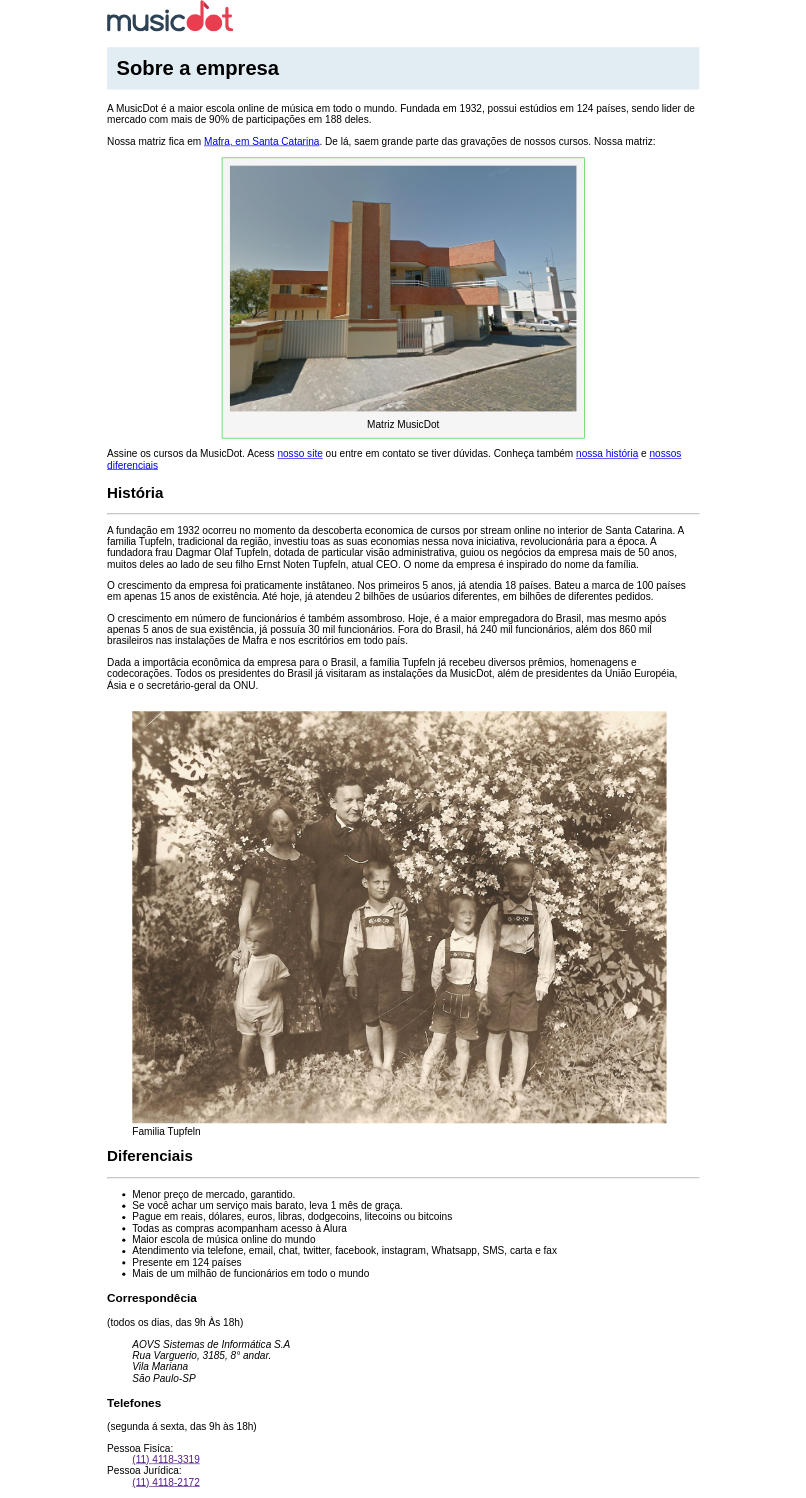
Repository: EmanuelUrbano/introducao_a_tecnologias
Page: 05_04_22/trabalho/projeto-musicdot/sobre.html
An editor plug-in stored every save of this project. The page is shown before and after the next save, followed by the edit.
The browser window is 1280 px wide. The pictures show the whole page, at 63% of full size.

Above is the page before, as saved 2022-05-23 17:30:42.

After the next save:
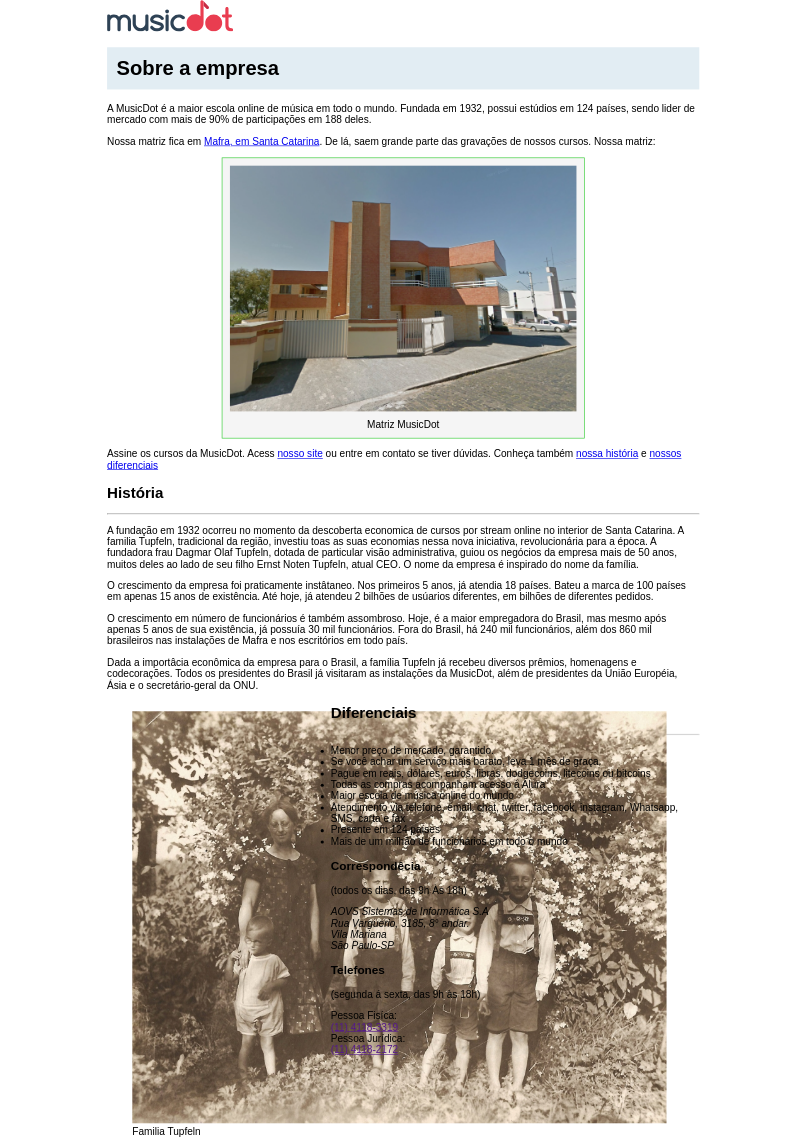
Saved 50 s later.
--- a/05_04_22/trabalho/projeto-musicdot/sobre.css
+++ b/05_04_22/trabalho/projeto-musicdot/sobre.css
@@ -30,4 +30,5 @@
 
 figure:has(img[alt="familia-tupfeln"]){
     float: left;
+    max-width: 275px;
 }

After the save that followed:
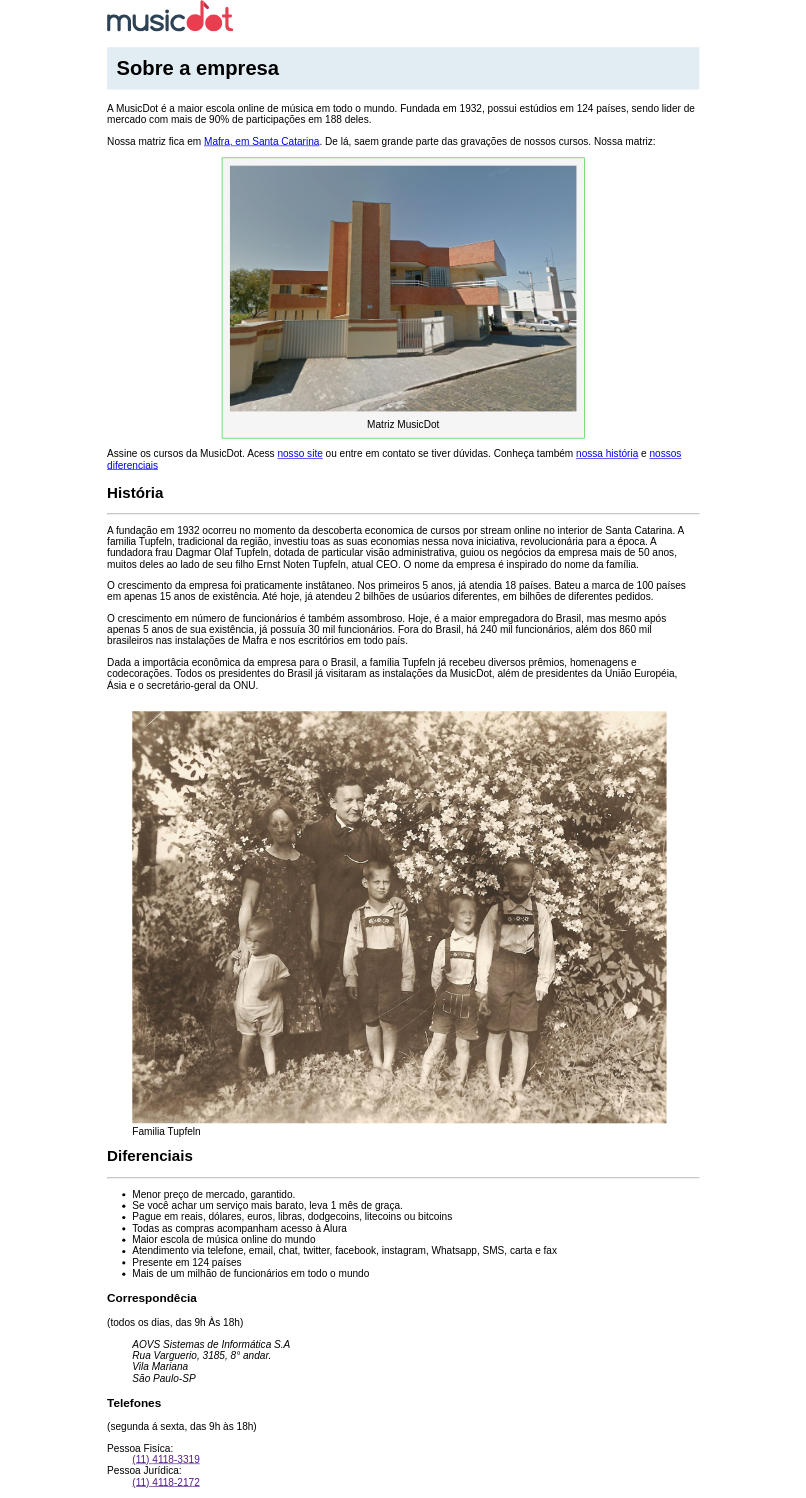
Saved 28 s later.
--- a/05_04_22/trabalho/projeto-musicdot/sobre.css
+++ b/05_04_22/trabalho/projeto-musicdot/sobre.css
@@ -30,5 +30,5 @@
 
 figure:has(img[alt="familia-tupfeln"]){
     float: left;
-    max-width: 275px;
+    min-width: 275px;
 }
